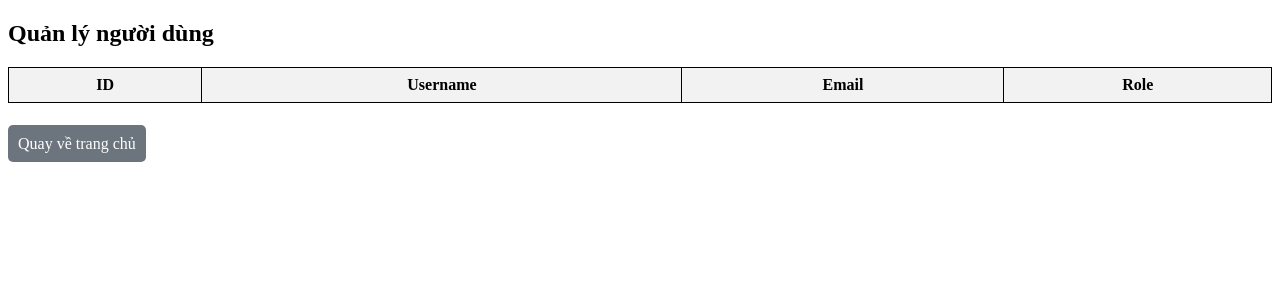
Repository: TuanAnhNguyen723/DanhGiaKIemDinh
Page: http://localhost/phpmailer/quanly.php
These files come from the project's save history. The page is drawn as it stood at one moment and after a run of saves; the edit follows.
The browser window is 1280 px wide. The pictures show the whole page.
The page is run by PHP 8.4 with error messages shown; the project is at /var/www/html/. Queries for data that is not in the repository find no rows.

Above is the page before, as saved 2024-05-24 10:45:20.

After the next 2 saves:
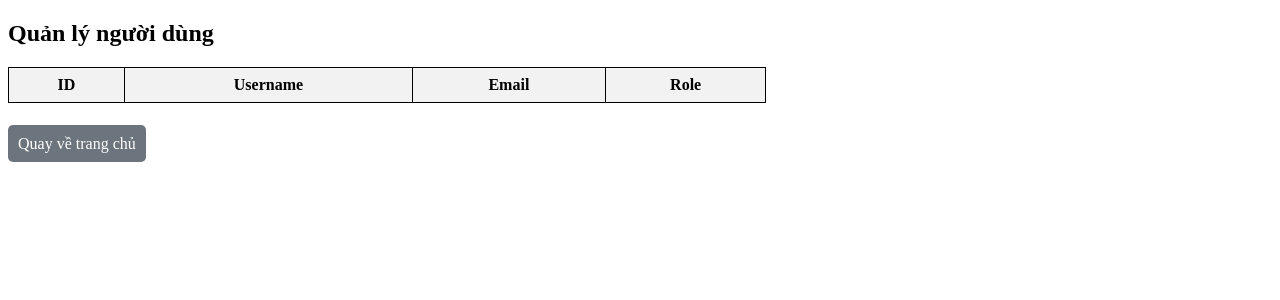
The 2 saves are shown as one change because they came seconds apart.
The last was saved 7 s later.
--- a/quanly.php
+++ b/quanly.php
@@ -39,7 +39,7 @@
 <title>User Table</title>
 <style>
     table {
-        width: 100%;
+        width: 60%;
         border-collapse: collapse;
     }
     table, th, td {

After the save that followed:
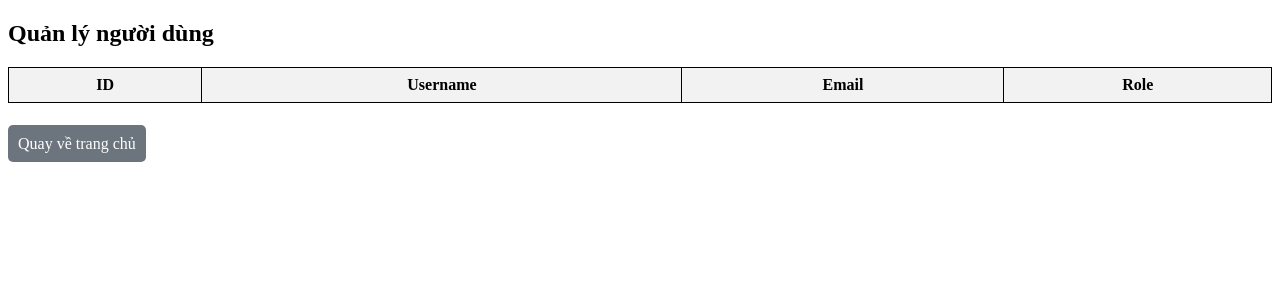
Saved 26 s later.
--- a/quanly.php
+++ b/quanly.php
@@ -39,7 +39,7 @@
 <title>User Table</title>
 <style>
     table {
-        width: 60%;
+        width: 100%;
         border-collapse: collapse;
     }
     table, th, td {
